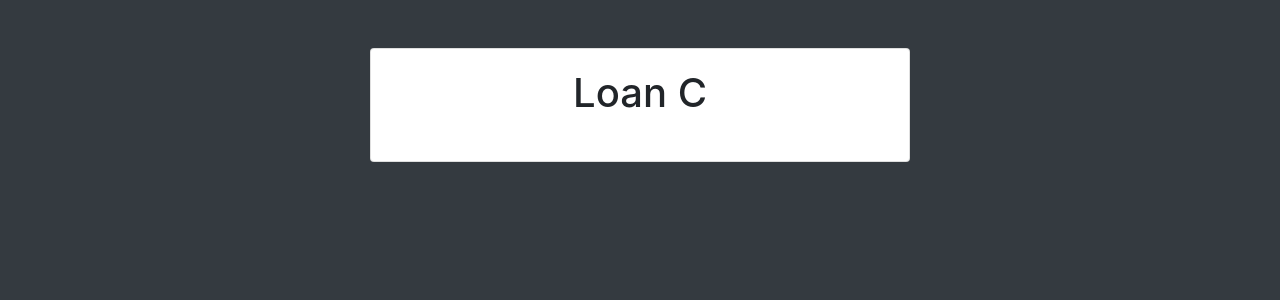
Repository: varun-project/LearningJs
Page: index.html
An editor plug-in stored every save of this project. The page is shown before and after the next save, followed by the edit.
The browser window is 1280 px wide. The pictures show the whole page.

Above is the page before, as saved 2019-07-28 16:29:43.

### index.html
<!doctype html>
<html lang="en">
  <head>
    <!-- Required meta tags -->
    <meta charset="utf-8">
    <meta name="viewport" content="width=device-width, initial-scale=1, shrink-to-fit=no">

    <!-- Bootstrap CSS -->
    <link rel="stylesheet" href="https://stackpath.bootstrapcdn.com/bootstrap/4.3.1/css/bootstrap.min.css" integrity="sha384-ggOyR0iXCbMQv3Xipma34MD+dH/1fQ784/j6cY/iJTQUOhcWr7x9JvoRxT2MZw1T" crossorigin="anonymous">

    <title>Hello, world!</title>
  </head>
  <body class="bg-dark">
    <div class="container">
        <div class="row">
          <div class="col-md-6 mx-auto">

             <div class="card card-body text-center mt-5">

              <h1 class="heading display-5 pb-3">Loan C</h1>
             </div>

           </div>


        </div>

    </div>


    <!-- Optional JavaScript -->
    <!-- jQuery first, then Popper.js, then Bootstrap JS -->
    <script src="https://code.jquery.com/jquery-3.3.1.slim.min.js" integrity="sha384-q8i/X+965DzO0rT7abK41JStQIAqVgRVzpbzo5smXKp4YfRvH+8abtTE1Pi6jizo" crossorigin="anonymous"></script>
    <script src="https://cdnjs.cloudflare.com/ajax/libs/popper.js/1.14.7/umd/popper.min.js" integrity="sha384-UO2eT0CpHqdSJQ6hJty5KVphtPhzWj9WO1clHTMGa3JDZwrnQq4sF86dIHNDz0W1" crossorigin="anonymous"></script>
    <script src="https://stackpath.bootstrapcdn.com/bootstrap/4.3.1/js/bootstrap.min.js" integrity="sha384-JjSmVgyd0p3pXB1rRibZUAYoIIy6OrQ6VrjIEaFf/nJGzIxFDsf4x0xIM+B07jRM" crossorigin="anonymous"></script>
  </body>
</html>

After the next save:
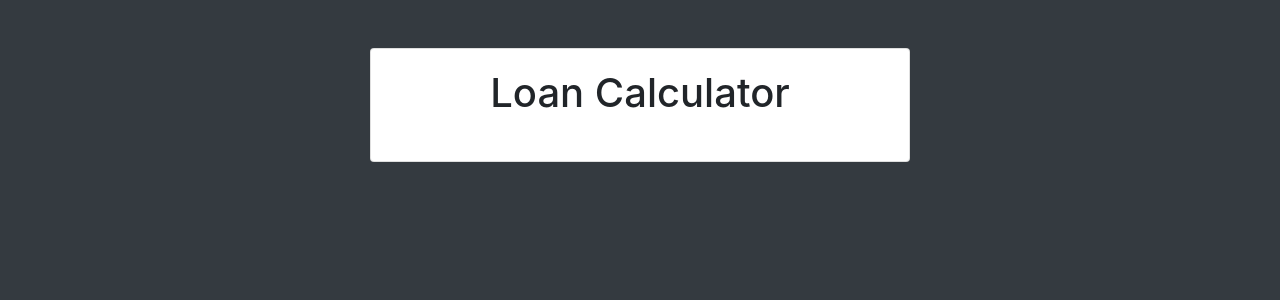
Saved 6 s later.
--- a/index.html
+++ b/index.html
@@ -17,7 +17,7 @@
 
              <div class="card card-body text-center mt-5">
 
-              <h1 class="heading display-5 pb-3">Loan C</h1>
+              <h1 class="heading display-5 pb-3">Loan Calculator</h1>
              </div>
 
            </div>
